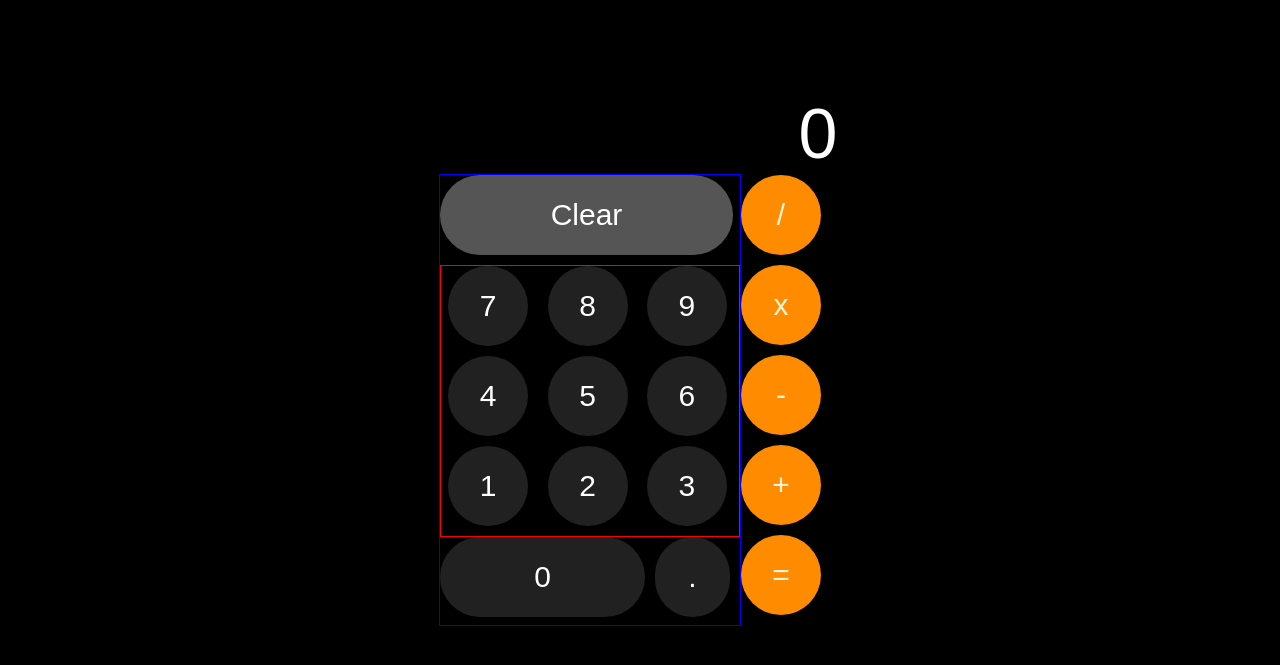
Repository: kocokoy/Calculator
Page: index.html
These files come from the project's save history. The page is drawn as it stood at one moment and after the next save; the edit follows.
The browser window is 1280 px wide. The pictures show the whole page.

Above is the page before, as saved 2024-10-23 09:36:19.

After the next save:
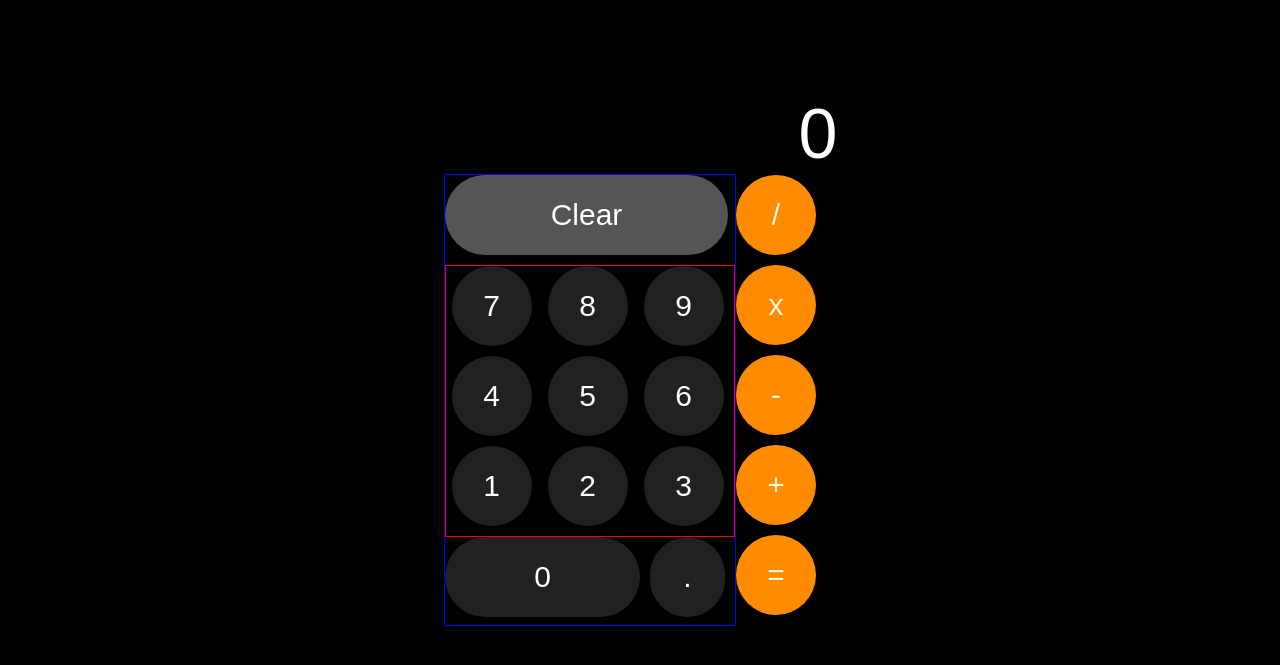
Saved 19 s later.
--- a/style.css
+++ b/style.css
@@ -28,7 +28,7 @@
 }
 .number-and-clear-container{
   height: 450px;
-  width: 300px;
+  width: 290px;
   display: block;
   border: 1px solid blue;
 }

After the save that followed:
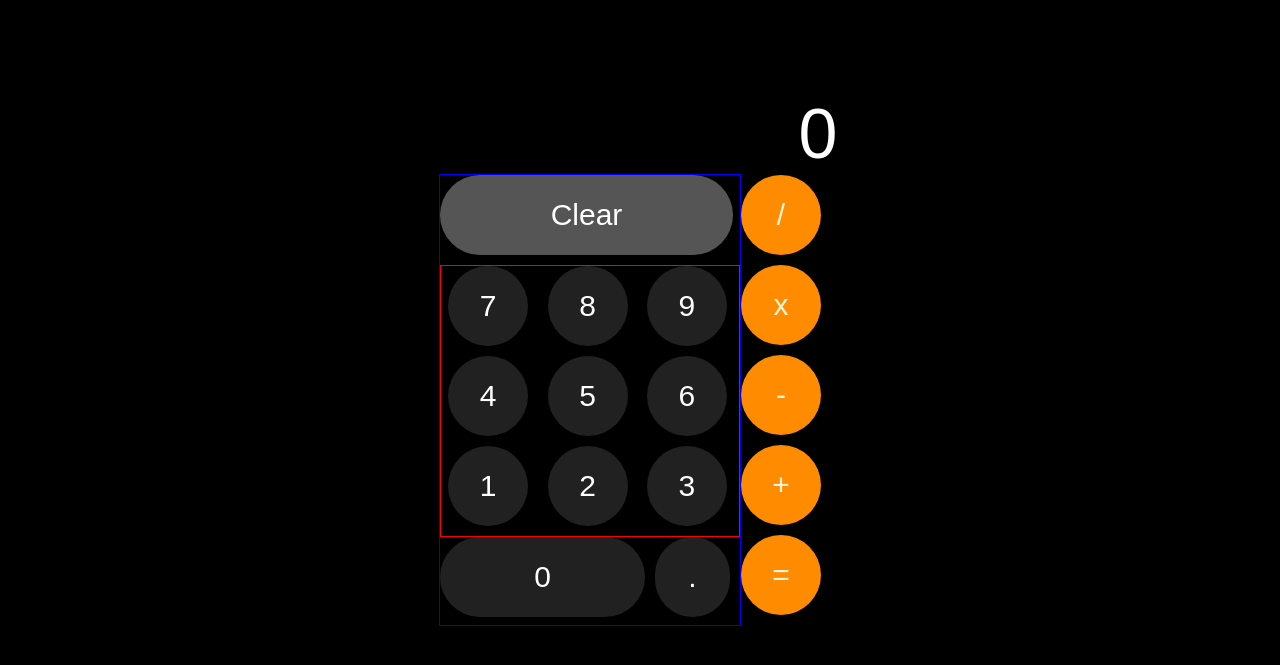
Saved 5 s later.
--- a/style.css
+++ b/style.css
@@ -28,7 +28,7 @@
 }
 .number-and-clear-container{
   height: 450px;
-  width: 290px;
+  width: 300px;
   display: block;
   border: 1px solid blue;
 }
